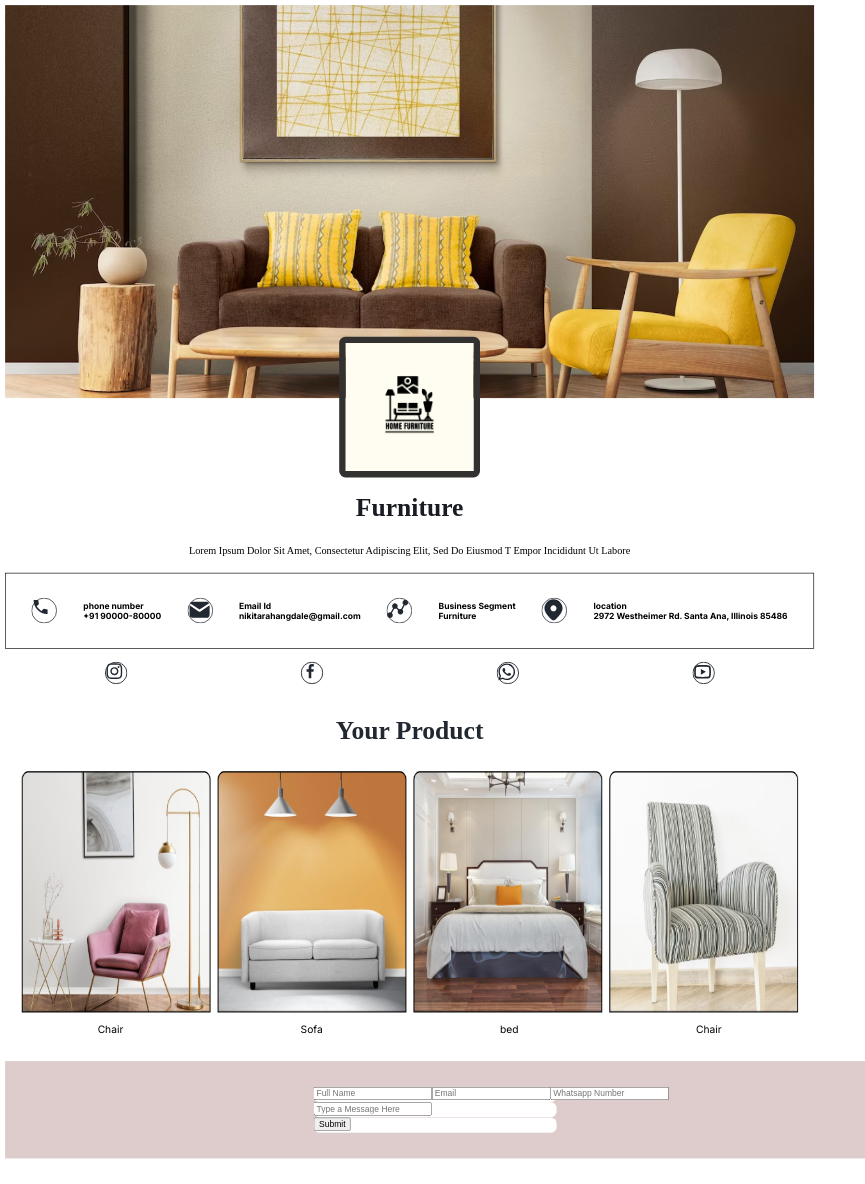
Repository: nikita120402/next13-deploy
Page: /
These files come from the project's save history. The page is drawn as it stood at one moment and after the next save; the edit follows.
The browser window is 1280 px wide. The page is 1352 px wide, so the pictures cover 1352 px, including what lies to the right of the window. The pictures show the whole page, at 64% of full size.
The project was rebuilt for these pictures with package versions that can differ from the ones it lists, and the page was loaded fresh each time. The framework's server and built-in components were replaced by stand-ins that run in the browser. Also part of the build but not shown: next.config.js.

Above is the page before, as saved 2023-08-07 17:13:55.

After the next save:
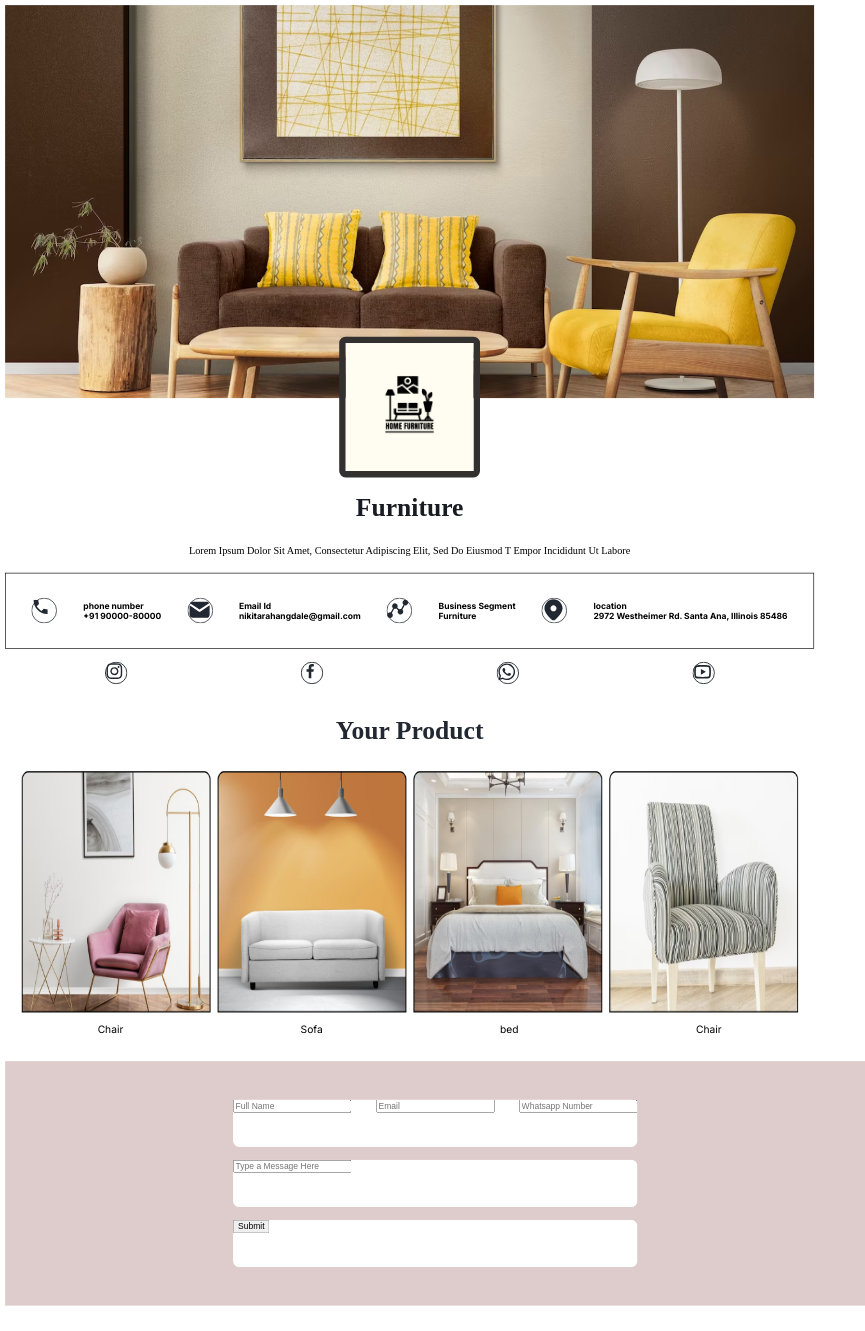
Saved 11 s later.
--- a/src/app/Design.module.css
+++ b/src/app/Design.module.css
@@ -67,14 +67,14 @@
 }
 
 .form{
-    margin: 0px auto;
+    margin: 20px auto;
     border-style: hidden;
     border-bottom: 3px solid #fff;
     background-color: #ffffff;
     color: #fff;
-    width: 30%;
+    width: 50%;
     font-size: 16px;
-    padding-bottom: 0px;
+    padding-bottom: 50px;
     display:flex;
     justify-content:space-between;
     flex-shrink: 0;
